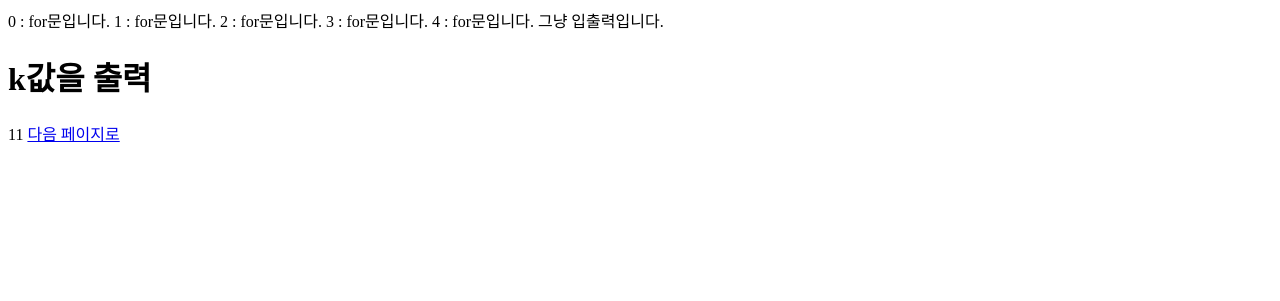
Repository: pvntlc/D-IT-Tech-Internship
Page: http://localhost/Day2/
An editor plug-in stored every save of this project. The page is shown before and after the next save, followed by the edit.
The browser window is 1280 px wide. The pictures show the whole page.
The page is served by Tomcat 9.

Above is the page before, as saved 2023-09-12 01:33:49.

After the next save:
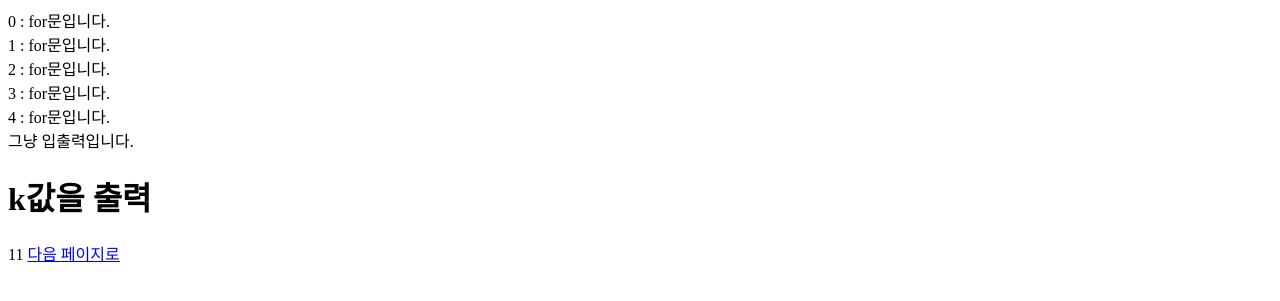
Saved 3 min 32 s later.
--- a/work_web/Day2/src/main/webapp/index.jsp
+++ b/work_web/Day2/src/main/webapp/index.jsp
@@ -23,7 +23,7 @@
 
 	for (int i = 0; i < 5; i++) {
 
-		out.println(i + " : for문입니다.");
+		out.println(i + " : for문입니다.</br>");
 	}
 
 	out.println("그냥 입출력입니다.");
